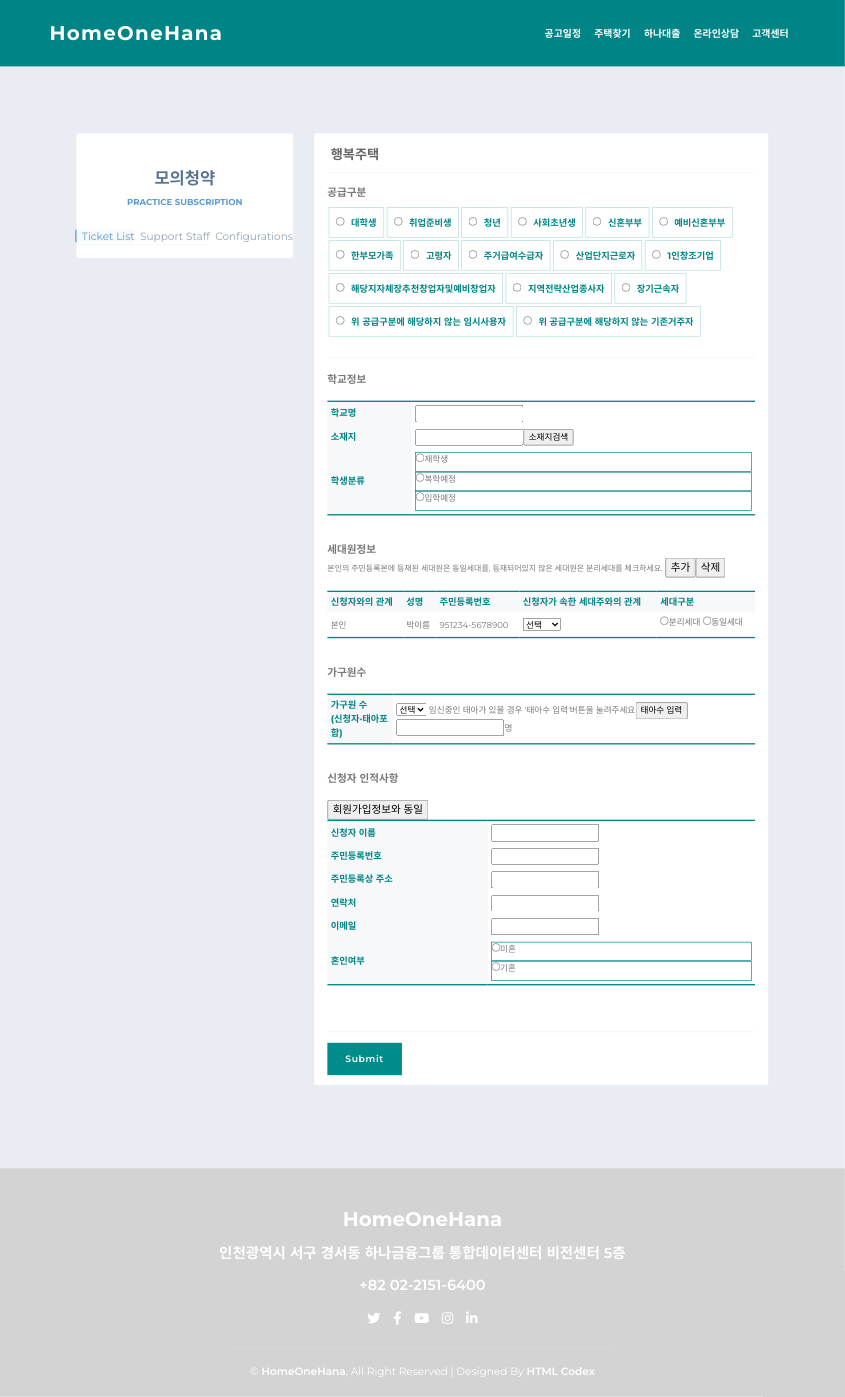
Repository: koposoftware/2021_10_syyoon
Page: http://localhost/HomeOneHana/WEB-INF/jsp/subscription/subscription.jsp
These files come from the project's save history. The page is drawn as it stood at one moment and after a run of saves; the edit follows.
The browser window is 1280 px wide. The pictures show the whole page, at 66% of full size.
Some icons come from a web library that is not loaded, so they are not drawn. Some web libraries are served in a nearby version. The page is served by Tomcat 9. Nobody is signed in. The template is opened directly, without the code that normally fills it, so the values that code supplies are empty.

Above is the page before, as saved 2021-09-15 00:08:51.

After the next 2 saves:
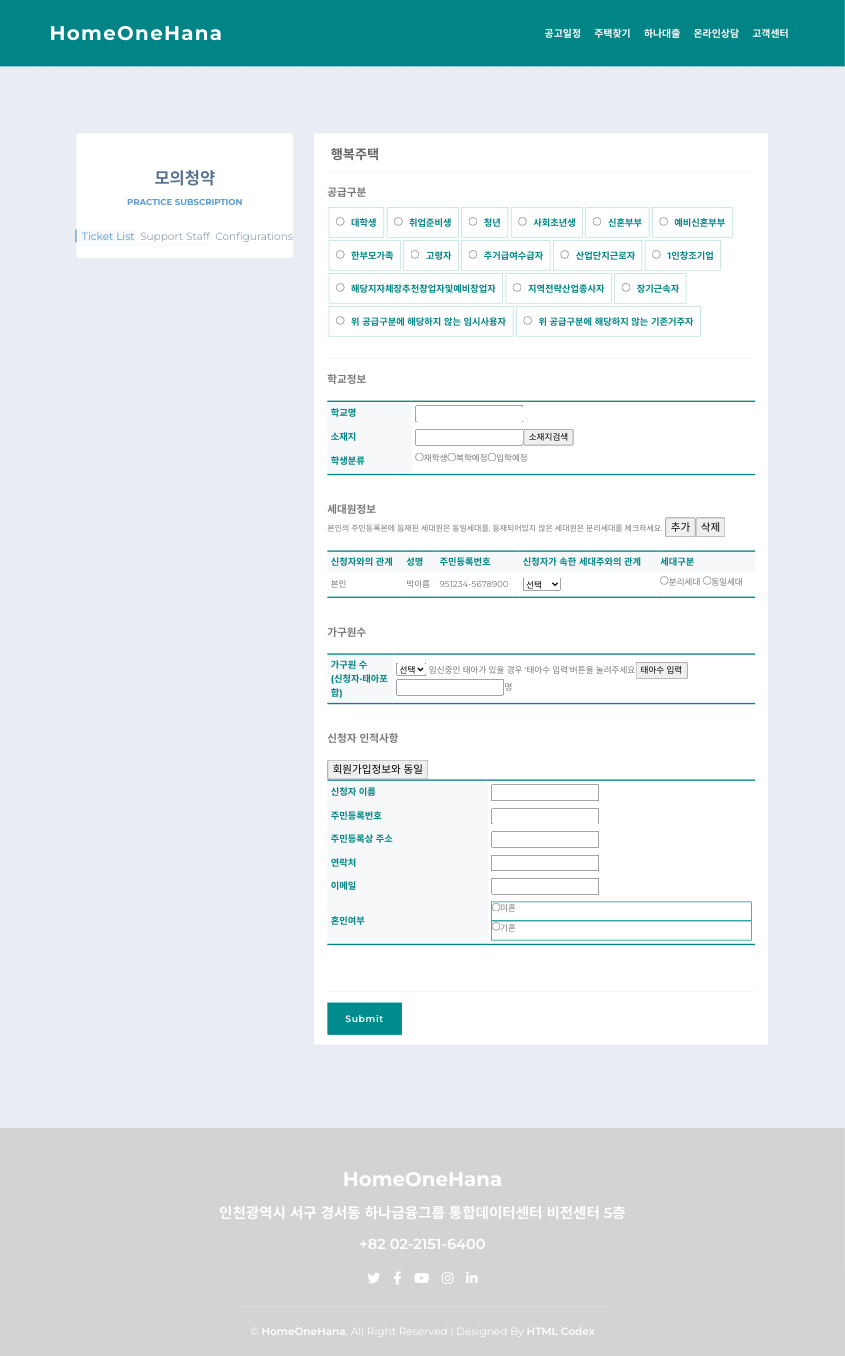
The 2 saves are shown as one change because they came seconds apart.
The last was saved 53 s later.
--- a/project/Spring-mvc/HomeOneHana/src/main/webapp/WEB-INF/jsp/subscription/subscription.jsp
+++ b/project/Spring-mvc/HomeOneHana/src/main/webapp/WEB-INF/jsp/subscription/subscription.jsp
@@ -108,9 +108,11 @@
 				                                			<tr>
 				                                				<th><div class="icontent">학생분류</div></th>
 				                                				<td>
-				                                					<div style="border:1px solid #008485;"><input type="radio" id="재학생" name="schooltype" value="재학생"><label for="재학생"  class="ranktitle"> 재학생</label></div>
-					                                				<div style="border:1px solid #008485;"><input type="radio" id="복학예정" name="schooltype" value="복학예정"><label for="복학예정"  class="ranktitle"> 복학예정</label></div>
-					                                				<div style="border:1px solid #008485;"><input type="radio" id="입학예정" name="schooltype" value="입학예정"><label for="입학예정"  class="ranktitle"> 입학예정</label></div>
+				                                					<div style="display:flex;">
+					                                					<div><input type="radio" id="재학생" name="schooltype" value="재학생"><label for="재학생"  class="ranktitle"> 재학생</label></div>
+						                                				<div><input type="radio" id="복학예정" name="schooltype" value="복학예정"><label for="복학예정"  class="ranktitle"> 복학예정</label></div>
+						                                				<div><input type="radio" id="입학예정" name="schooltype" value="입학예정"><label for="입학예정"  class="ranktitle"> 입학예정</label></div>
+					                                				</div>
 					                                			</td>
 				                                			</tr>
 				                                		</table>
